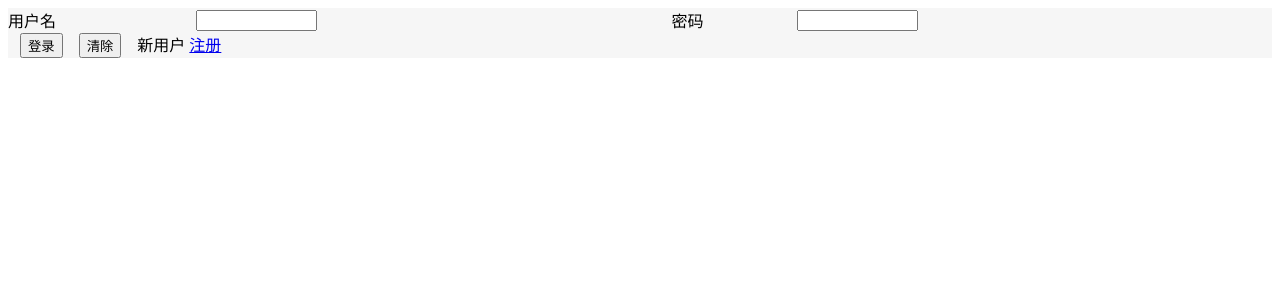
Repository: Jefsky/phonemarket
Page: http://localhost/phonemarket/user/login.jsp
The author's editor kept a copy of each file at every save. The page is drawn from the files as they stood at one save, then again after the next save.
The browser window is 1280 px wide. The pictures show the whole page.
The page is served by Tomcat 9.

Above is the page before, as saved 2014-06-26 01:56:44.

After the next save:
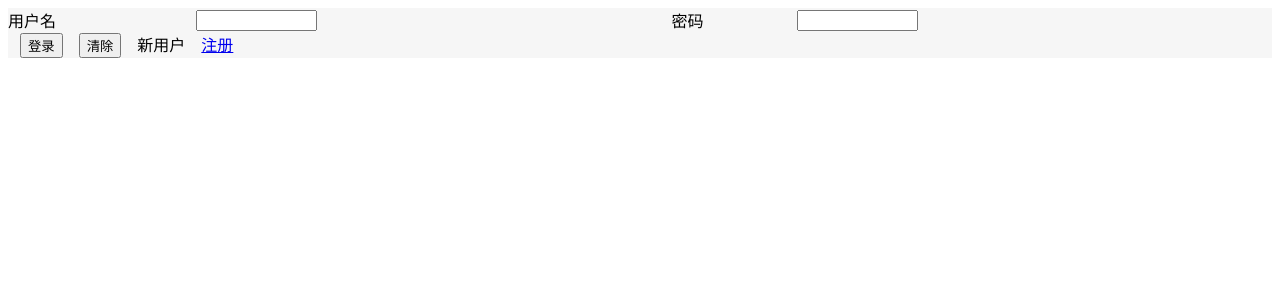
Saved 8 s later.
--- a/phonemarket/phonemarket/WebContent/user/login.jsp
+++ b/phonemarket/phonemarket/WebContent/user/login.jsp
@@ -46,7 +46,7 @@
 			<td colspan="4">
 			 &nbsp&nbsp&nbsp<input name="loginbutton" type="submit" value="登录">
 			 &nbsp&nbsp&nbsp<input type="reset" value="清除">
-			 	&nbsp&nbsp&nbsp新用户&nbsp;<a href="register.jsp">注册</a>
+			 	&nbsp&nbsp&nbsp新用户&nbsp&nbsp&nbsp&nbsp;<a href="register.jsp">注册</a>
 			</td>
 		</tr>
 	</table>
